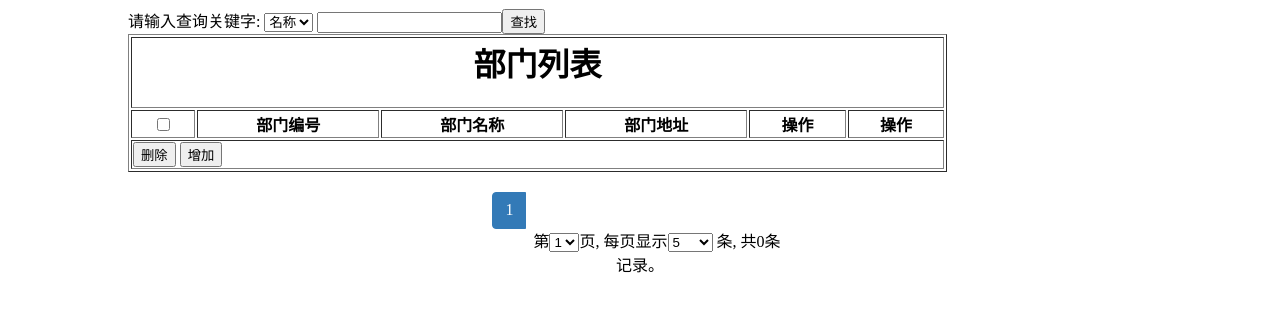
Repository: victorlks/java_with_anything
Page: http://localhost/DepartmentProject/pages/back/admin/department/department_split_list_details.jsp
An editor plug-in stored every save of this project. The page is shown before and after the next save, followed by the edit.
The browser window is 1280 px wide. The pictures show the whole page.
The page is served by Tomcat 9. Other server files are loaded and not shown. Queries for data that is not in the repository find no rows.

Above is the page before, as saved 2020-06-17 09:08:00.
Not found: project/java/DepartmentProject/DepartmentProject/style.css

### project/java/DepartmentProject/WebRoot/pages/back/admin/department/department_split_list_details.jsp
<%@ page language="java" import="java.util.*" pageEncoding="UTF-8"%>
<%@ page import="org.lks.factory.*" %>
<%@ page import="org.lks.vo.*" %>
<%
	request.setCharacterEncoding("UTF-8");
%>
<%
String path = request.getContextPath();
String basePath = request.getScheme()+"://"+request.getServerName()+":"+request.getServerPort()+path+"/";
String updateUrl = basePath + "pages/back/admin/department/" + "department_update.jsp";
String deleteUrl = basePath + "pages/back/admin/department/" + "department_delete_do.jsp";
String insertUrl = basePath + "pages/back/admin/department/" + "department_insert.jsp";
String showDepartmentUrl = basePath + "pages/back/admin/department/" + "department_show.jsp";
String addEmployeeUrl = basePath + "pages/back/admin/employee/" + "employee_insert.jsp";
String searchColumns = "编号:did|名称:dname|地点:dlocation";
String location = basePath + "pages/back/admin/department/" + "department_split_list.jsp";
%>

<%
	int currentPage = 1;
	int lineSize = 5;
	String column = "dname";
	String keyWord = "";
%>
<%//接收客户端数据
    try{
        currentPage = Integer.parseInt(request.getParameter("currentPage"));
    }catch(Exception e){}
    try{
        lineSize = Integer.parseInt(request.getParameter("lineSize"));
    }catch(Exception e){}
    if(request.getParameter("keyWord") != null){
        keyWord = request.getParameter("keyWord");
    }
    if(request.getParameter("column") != null){
        column = request.getParameter("column");
    }
%>
<%//接受完数据后的数据判断
    if(currentPage < 1){
        currentPage = 1;
    }
    if(lineSize < 1){
        lineSize = 1;
    }
    if(lineSize > 100){
        lineSize = 100;
    }
%>
<%
	List<Department> all = (List<Department>)ServiceFactory.getIDepartmentServiceInstance().list(currentPage, lineSize, column, keyWord).get("all");
	Long allRecorders = (Long)ServiceFactory.getIDepartmentServiceInstance().list(currentPage, lineSize, column, keyWord).get("allRecorders");
 %>

<html>
  <head>
    <base href="<%=basePath%>">

    <title>部门管理</title>
    <link type="text/css" rel="stylesheet" href="css/table.css">
    <link type="text/css" rel="stylesheet" href="css/main.css">
    <link type="text/css" rel="stylesheet" href="css/pageBar.css">
    <script type="text/javascript" src="js/main.js"></script>
  </head>

  <body>
  	<div id="searchBar">
  		<jsp:include page="/pages/split_page_plugin_search.jsp">
  			<jsp:param name="searchColumns" value="<%=searchColumns%>"/>
	        <jsp:param name="column" value="<%=column%>"/>
	        <jsp:param name="keyWord" value="<%=keyWord%>"/>
	        <jsp:param name="location" value="<%=location%>"/>
  		</jsp:include>
  	</div>
    <div id="showData">
    	<table border="1" style="width:80%;">
	    	<tr>
	    		<td colspan="6" style="text-align:center"><h1>部门列表</h1></td>
	    	</tr>
	    	<tr>
	    		<th><input type="checkbox" name="selectAll" id="selectAll" onclick="selectAll(this)"/></th>
	    		<th>部门编号</th>
	    		<th>部门名称</th>
	    		<th>部门地址</th>
	    		<th>操作</th>
	    		<th>操作</th>
	    	</tr>
<%
		for(int i = 0; i < all.size(); i++){
%>
			<tr style="text-align:center">
				<td><input type="checkbox" name="select" id="select" value="<%=all.get(i).getDid()%>"/></td>
				<td><%=all.get(i).getDid()%></td>
				<td><%=all.get(i).getDname()%></td>
				<td><%=all.get(i).getDlocation()%></td>
				<td><a style="text-decoration:none;color:green;cursor:pointer" onclick="detailsInfo('<%=showDepartmentUrl%>?&did=<%=all.get(i).getDid()%>')">查看</a></td>
				<td><a style="text-decoration:none;color:green;cursor:pointer" href="<%=updateUrl %>?did=<%=all.get(i).getDid()%>">修改</a></td>
				<td><a style="text-decoration:none;color:green;cursor:pointer" href="<%=addEmployeeUrl %>?departmentid=<%=all.get(i).getDid()%>">增加雇员</a></td>
			</tr>
<%
		}
%>
		<tr>
			<td colspan="6">
				<button type="button" onclick="deleteById('<%=deleteUrl%>')">删除</button>
				<button type="button" onclick="window.location='<%=insertUrl%>'">增加</button>
			</td>
		</tr>
	    </table>
    </div>
    <div id="pageBar" style="text-align: center;">
  		<jsp:include page="/pages/split_page_plugin_bar_exp.jsp">
  			<jsp:param name="currentPage" value="<%=currentPage%>"/>
	        <jsp:param name="lineSize" value="<%=lineSize%>"/>
	        <jsp:param name="allRecorders" value="<%=allRecorders%>"/>
	        <jsp:param name="location" value="<%=location%>"/>
  		</jsp:include>
  	</div>
  </body>
</html>

### project/java/DepartmentProject/WebRoot/pages/split_page_plugin_search.jsp
<%@ page pageEncoding="UTF-8" %>

<%
    request.setCharacterEncoding("UTF-8");
%>

<%
    String searchColumns = null;
    String column = "uname";
    String keyWord = "";
    String location = "";
%>

<%
    if(request.getParameter("searchColumns") != null){
        searchColumns = request.getParameter("searchColumns");
    }
    if(request.getParameter("column") != null){
        column = request.getParameter("column");
    }
    if(request.getParameter("keyWord") != null){
        keyWord = request.getParameter("keyWord");
    }
    if(request.getParameter("location") != null){
        location = request.getParameter("location");
    }
%>
请输入查询关键字:
<%
if(searchColumns != null){
%>
    <select id="searchColumnSelect">
<%
        String[] searchColumnsArray = searchColumns.split("\\|");
        for(int i = 0; i < searchColumnsArray.length; i++){
            String searchColumn[] = searchColumnsArray[i].split(":");
%>
            <option value="<%=searchColumn[1]%>" <%=(column.equals(searchColumn[1]) ? "selected" : "")%>><%=searchColumn[0]%></option>
<%
        }
%>
    </select>
<%
}
%>
<input type="text" name="keyWord" id="keyWord" value="<%=keyWord%>"/><button type="button" id="searchBtn" name="searchBtn" onclick="splitPage(1)">查找</button>

### project/java/DepartmentProject/WebRoot/pages/split_page_plugin_bar_exp.jsp
<%@ page pageEncoding="UTF-8" %>

<%
    request.setCharacterEncoding("UTF-8");
%>

<%
    int currentPage = 1;
    int lineSize = 10;
    Long allRecorders = 0L;
    int pageSize = 1;
    String location = "";
    int[] lineSizeData = new int[]{1, 5, 10, 15, 20, 30, 50, 100};
    int sideNumber = 3;
%>
<%//接收数据
    try{
        currentPage = Integer.parseInt(request.getParameter("currentPage"));
    }catch(Exception e){}
    try{
        lineSize = Integer.parseInt(request.getParameter("lineSize"));
    }catch(Exception e){}
    try{
        allRecorders = Long.parseLong(request.getParameter("allRecorders"));
    }catch(Exception e){}
    location = request.getParameter("location");
%>
<%//计算总页数
    pageSize = (allRecorders.intValue() + lineSize - 1) / lineSize;
    if(pageSize < 1){
        pageSize = 1;
    }
%>
<link type="text/css" rel="stylesheet" href="style.css">
<script type="text/javascript">
    function splitPage(page){
        var size = document.getElementById("selectLineSize").value;
        try{
            var keyWord = document.getElementById("keyWord").value;
            var searchColumn = document.getElementById("searchColumnSelect").value;
            window.location = "<%=location%>" + "?currentPage=" + page + "&lineSize=" + size + "&keyWord=" + keyWord + "&column=" + searchColumn;
        }catch(Exception){
            window.location = "<%=location%>" + "?currentPage=" + page + "&lineSize=" + size;
        }
    }
</script>

<ul class="pagination">
<%
    if(pageSize > (2 + 2 * sideNumber)){
%>
        <li class="<%=(currentPage == 1 ? "active" : "")%>"><a onclick="splitPage(1)">1</a></li>
<%
        if(currentPage - sideNumber <= 2){
            for(int i = 2; i <= (2 + 2 * sideNumber); i++){
%>
                <li class="<%=(currentPage == i ? "active" : "")%>"><a onclick="splitPage(<%=i%>)"><%=i%></a></li>
<%
            }
%>
            <li class="disabled"><a>...</a></li>
<%
        }else if(currentPage + sideNumber < pageSize - 1){
%>
            <li class="disabled"><a>...</a></li>
<%
            for(int i = currentPage - sideNumber; i <= currentPage + sideNumber; i++){
%>
                <li class="<%=(currentPage == i ? "active" : "")%>"><a onclick="splitPage(<%=i%>)"><%=i%></a></li>
<%
            }
%>
            <li class="disabled"><a>...</a></li>
<%
        }else{
%>
            <li class="disabled"><a>...</a></li>
<%
            for(int i = pageSize - 2 * sideNumber - 1; i <= pageSize - 1; i++){
%>
                <li class="<%=(currentPage == i ? "active" : "")%>"><a onclick="splitPage(<%=i%>)"><%=i%></a></li>
<%
            }
        }
%>
        <li class="<%=(currentPage == pageSize ? "active" : "")%>"><a onclick="splitPage(<%=pageSize%>)"><%=pageSize%></a></li>
<%
    }else{
        for(int i = 1; i <= pageSize; i++){
%>
            <li class="<%=(currentPage == i ? "active" : "")%>"><a onclick="splitPage(<%=i%>)"><%=i%></a></li>
<%
        }
    }
%>
<br><br>
第<select id="selectPage" onchange="splitPage(this.value)">
    <%
        for(int i = 1; i <= pageSize; i++){
    %>
            <option value="<%=i%>" <%=(currentPage == i ? "selected" : "")%>><%=i%></option>
    <%
        }
    %>
    </select>页, 每页显示<select id="selectLineSize" onchange="splitPage(1)">
    <%
        for(int i = 0; i < lineSizeData.length; i++){
    %>
            <option value="<%=lineSizeData[i]%>" <%=(lineSize == lineSizeData[i] ? "selected" : "")%>><%=lineSizeData[i]%></option>
    <%
        }
    %>
    </select>
    条,&nbsp;共<%=allRecorders%>条记录。
</ul>

### project/java/DepartmentProject/src/org/lks/factory/ServiceFactory.java
package org.lks.factory;

import org.lks.service.IDepartmentService;
import org.lks.service.IEmployeeService;
import org.lks.service.impl.DepartmentServiceImpl;
import org.lks.service.impl.EmployeeServiceImpl;

public class ServiceFactory {

	private ServiceFactory(){}

	public static IDepartmentService getIDepartmentServiceInstance(){
		return new DepartmentServiceImpl();
	}

	public static IEmployeeService getIEmployeeServiceInstance(){
		return new EmployeeServiceImpl();
	}
}

### project/java/DepartmentProject/src/org/lks/service/IDepartmentService.java
package org.lks.service;

import java.util.List;
import java.util.Map;
import java.util.Set;

import org.lks.vo.Department;

/**
 * 实现Department表的业务层的执行标准，此类一定要负责数据库的打开与关闭操作<br>
 * 此类可以通过DAOFactory类取得IDepartmentDAO接口对象
 * @author 海燕大笨蛋
 *
 */
public interface IDepartmentService {

	/**
	 * 实现部门数据的增加操作，本次操作要调用IDepartmentDAO接口的如下方法：<br>
	 * <li>需要调用IDepartmentDAO.findById()方法，判断要增加数据的id是否已经存在；
	 * <li>如果现在要增加的数据id不存在则调用IDepartmentDAO.doCreate()方法，返回操作结果。
	 * @param vo 包含了要增加数据的VO对象
	 * @return 如果增加数据的ID重复或保存失败返回false，否则返回true
	 * @throws Exception SQL执行异常
	 */
	public boolean insert(Department vo) throws Exception;
	/**
	 * 实现部门数据的修改操作，本次要调用IDepartmentDAO.doUpdate()方法，本次修改属于全部内容的修改；
	 * @param vo 包含了要修改数据的VO对象
	 * @return 修改成功返回true，否则返回false
	 * @throws Exception SQL执行异常
	 */
	public boolean update(Department vo) throws Exception;
	/**
	 * 执行部门数据的删除操作，可以删除多个部门信息，调用IDepartmentDAO.doRemoveBatch()方法
	 * @param ids 包含了全部要删除数据的集合，没有重复数据
	 * @return 删除成功返回true，否则返回false
	 * @throws Exception SQL执行异常
	 */
	public boolean delete(Set<Long> ids) throws Exception;
	/**
	 * 根据部门id查找部门的完整信息，调用IDepartmentDAO.findById()方法
	 * @param id 要查找的部门ID
	 * @return 如果找到了部门信息以VO对象返回，否则返回null
	 * @throws Exception SQL执行异常
	 */
	public Department updatePre(long id) throws Exception;
	/**
	 * 查询全部部门信息，调用IDepartmentDAO.findAll()方法
	 * @return 查询结果以List集合的形式返回，如果没有数据则集合的长度为0
	 * @throws Exception SQL执行异常
	 */
	public List<Department> list() throws Exception;

	/**
	 * 分页显示部门数据，调用IDepartmentDAO.findAllSplit()方法和IDepartmentDAO.getAllCount()方法
	 * @param currentPage 当前页码
	 * @param lineSize 每页显示数据数量
	 * @param column 查询列
	 * @param keyWord 查询列的关键字
	 * @return Map对象，其中key为“all”的值为该页部门数据信息，key为“allRecorders”的值为所有部门数据的数量
	 * @throws Exception SQL执行异常
	 */
	public Map<String, Object> list(int currentPage, int lineSize, String column, String keyWord) throws Exception;

	/**
	 * 列出所有部门的详细信息，调用的是IDepartmentDAO.findAllStatus()操作
	 * @return 所有的部门详细信息以及统计信息将以List集合返回
	 * @throws Exception
	 */
	public List<Department> listDetails() throws Exception;

	/**
	 * 查看一个部门的完整信息，调用的是IDepartmentDAO.findByIdDetails()方法
	 * @param id 部门编号
	 * @return 如果有部门信息则以VO对象的形式返回，否则返回null
	 * @throws Exception
	 */
	public Department show(long id, int currentPage, int lineSize, String column, String keyWord) throws Exception;
}

### project/java/DepartmentProject/src/org/lks/service/IEmployeeService.java
package org.lks.service;

import java.util.List;
import java.util.Map;
import java.util.Set;

import org.lks.vo.Employee;

/**
 * 实现Employee表的业务层的执行标准，此类一定要负责数据库的打开与关闭操作<br>
 * 此类可以通过DAOFactory类取得IEmployeeDAO接口对象
 * @author 海燕大笨蛋
 *
 */
public interface IEmployeeService {

	/**
	 * 实现雇员数据的增加操作，本次操作要调用IEmployeeDAO接口的如下方法：<br>
	 * <li>需要调用IEmployeeDAO.findById()方法，判断要增加数据的id是否已经存在；
	 * <li>如果现在要增加的数据id不存在则调用IEmployeeDAO.doCreate()方法，返回操作结果。
	 * @param vo 包含了要增加数据的VO对象
	 * @return 如果增加数据的ID重复或保存失败返回false，否则返回true
	 * @throws Exception SQL执行异常
	 */
	public boolean insert(Employee vo) throws Exception;
	/**
	 * 实现雇员数据的修改操作，本次要调用IEmployeeDAO.doUpdate()方法，本次修改属于全部内容的修改；
	 * @param vo 包含了要修改数据的VO对象
	 * @return 修改成功返回true，否则返回false
	 * @throws Exception SQL执行异常
	 */
	public boolean update(Employee vo) throws Exception;
	/**
	 * 执行雇员数据的删除操作，可以删除多个雇员信息，调用IEmployeeDAO.doRemoveBatch()方法
	 * @param ids 包含了全部要删除数据的集合，没有重复数据
	 * @return 删除成功返回true，否则返回false
	 * @throws Exception SQL执行异常
	 */
	public boolean delete(Set<Long> ids) throws Exception;
//	/**
//	 * 根据雇员id查找雇员的完整信息，调用IEmployeeDAO.findById()方法
//	 * @param id 要查找的雇员ID
//	 * @return 如果找到了雇员信息以VO对象返回，否则返回null
//	 * @throws Exception SQL执行异常
//	 */
//	public Employee updatePre(long id) throws Exception;
	/**
	 * 查询全部雇员信息，调用IEmployeeDAO.findAll()方法
	 * @return 查询结果以List集合的形式返回，如果没有数据则集合的长度为0
	 * @throws Exception SQL执行异常
	 */
	public List<Employee> list() throws Exception;

	/**
	 * 分页显示雇员数据，调用IEmployeeDAO.findAllSplit()方法和IEmployeeDAO.getAllCount()方法
	 * @param currentPage 当前页码
	 * @param lineSize 每页显示数据数量
	 * @param column 查询列
	 * @param keyWord 查询列的关键字
	 * @return Map对象，其中key为“all”的值为该页雇员数据信息，key为“allRecorders”的值为所有雇员数据的数量
	 * @throws Exception SQL执行异常
	 */
	public Map<String, Object> list(int currentPage, int lineSize, String column, String keyWord) throws Exception;

	/**
	 * 根据编号查看雇员信息
	 * @param id 雇员的编号
	 * @return 如果查询到数据以VO对象形式返回，否则返回null
	 * @throws Exception SQL执行异常
	 */
	public Employee show(long id) throws Exception;

	/**
	 * 表示在进行雇员增加前的准备操作，因为要增加雇员前需要查询出所有的雇员和所有的部门数据
	 * @return 返回两组信息，一个是全部的雇员信息，另外一个是全部的部门信息：<br>
	 * <li>key = allEmployees, value = IEmployeeDAO.findAll()查询出所有的雇员
	 * <li>key = allDepartments, value = IDepartmentDAO.findAll()查询出所有的部门
	 * @throws Exception SQL执行异常
	 */
	public Map<String,Object> insertPre() throws Exception;

	/**
	 * 表示 在进行雇员修改前的准备操作，因为要增加雇员前需要查询出所有的雇员和所有的部门数据
	 * @param id 雇员的编号
	 * @return 返回三种信息<br>
	 * <li>key = allEmployees, value = IEmployeeDAO.findAll()查询出所有的雇员
	 * <li>key = employee, value = IEmployeeDAO.findByIDDetails()查询雇员完整信息
	 * <li>key = allDepartments, value = IDepartmentDAO.findAll()查询出所有的部门
	 * @throws Exception SQL执行异常
	 */
	public Map<String,Object> updatePre(long id) throws Exception;

	/**
	 * 使用详细列表的方式列出雇员的完整信息，要执行如下操作：<br>
	 * <li>调用IEmployee.findAllSplitDetails()方法详细列出雇员信息；
	 * <li>调用IEmployee.getAllCount()方法列出详细的雇员人数，主要用于分页操作
	 * @param currentPage
	 * @param lineSize
	 * @param column
	 * @param keyWord
	 * @return 所有的内容以Map集合返回，返回的内容如下：<br>
	 * <li>key = allEmployees, value = IEmployeeDAO.findAllSplitDetails()，分页的详细信息
	 * <li>key = employeeCount, value = IEmployee.getAllCount()，取得全部记录数
	 * @throws Exception
	 */
	public Map<String,Object> listDetails(int currentPage, int lineSize, String column, String keyWord) throws Exception;
}

### project/java/DepartmentProject/src/org/lks/utils/DatabaseConnection.java
package org.lks.utils;

import java.sql.Connection;
import java.sql.DriverManager;
import java.sql.SQLException;

public class DatabaseConnection {

	private static final String DRIVERCLASS = "com.mysql.cj.jdbc.Driver";
	private static final String URL = "jdbc:mysql://127.0.0.1/test?serverTimezone=UTC";
	private static final String USERNAME = "root";
	private static final String PASSWORD = "19990821";

	private Connection conn = null;

	public DatabaseConnection(){
		try {
			Class.forName(DRIVERCLASS);
			this.conn = DriverManager.getConnection(URL, USERNAME, PASSWORD);
		} catch (Exception e) {
			e.printStackTrace();
		}
	}

	public Connection getConnection(){
		return this.conn;
	}

	public void close(){
		try {
			if(this.conn != null){
				this.conn.close();
			}
		} catch (SQLException e) {
			// TODO Auto-generated catch block
			e.printStackTrace();
		}
	}
}

### project/java/DepartmentProject/src/org/lks/factory/DAOFactory.java
package org.lks.factory;

import java.sql.Connection;

import org.lks.dao.IDepartmentDAO;
import org.lks.dao.IEmployeeDAO;
import org.lks.dao.impl.DepartmentDAOImpl;
import org.lks.dao.impl.EmployeeDAOImpl;

public class DAOFactory {

	private DAOFactory(){}

	public static IDepartmentDAO getIDepartmentDAOInstance(Connection conn){
		return new DepartmentDAOImpl(conn);
	}

	public static IEmployeeDAO getIEmployeeDAOInstance(Connection conn){
		return new EmployeeDAOImpl(conn);
	}
}

### project/java/DepartmentProject/src/org/lks/dao/IBaseDAO.java
package org.lks.dao;

import java.util.List;
import java.util.Set;

/**
 * 定义公共的DAO操作接口标准，基本的功能包括：增加、修改全部、删除数据、根据编号查询查询全部、分页查询显示、数据统计
 * @author 海燕大笨蛋
 *
 * @param <K> 表示要操作的主键类型，由子接口实现
 * @param <V> 表示要操作的VO类型，由子接口实现
 */
public interface IBaseDAO<K,V> {
	/**
	 * 实现数据的增加操作
	 * @param vo 包含了要增加的数据的VO对象
	 * @return 数据保存成功返回true，否则返回false
	 * @throws Exception SQL执行异常
	 */
	public boolean doCreate(V vo) throws Exception;

	/**
	 * 实现数据的修改操作，本次修改是根据id进行全部字段数据的修改
	 * @param vo 包含了要修改数据的信息，一定要提供有ID内容
	 * @return 数据修改成功返回true，否则返回false
	 * @throws Exception SQL执行异常
	 */
	public boolean doUpdate(V vo) throws Exception;
	/**
	 * 执行数据的批量删除操作，所有要删除的数据以Set集合的形式保存
	 * @param ids 包含了所有要删除的数据ID，不能包含有重复内容
	 * @return 删除成功返回true（删除的数据个数与要删除的数据个数相同），否则返回false
	 * @throws Exception SQL执行异常
	 */
	public boolean doRemoveBatch(Set<K> ids) throws Exception;
	/**
	 * 根据用户id查询指定信息
	 * @param id 要查询的用户的id
	 * @return 如果信息存在，则将数据以VO类对象的形式返回，如果用户数据不存在，则返回null
	 * @throws Exception
	 */
	public V findById(K id) throws Exception;
	/**
	 * 查询指定数据表的全部记录，并且以集合的形式返回
	 * @return 如果表中有数据，则所有的数据会封装为VO对象而后利用List集合返回，<br>
	 * 如果没有数据，那么集合的长度为0（size() == 0，不是null）
	 * @throws Exception SQL执行异常
	 */
	public List<V> findAll() throws Exception;
	/**
	 * 分页进行数据的模糊查询，查询结果以集合的形式返回
	 * @param currentPage 当前所在的页
	 * @param lineSize 每页显示数据行数
	 * @param column 要进行模糊查询的数据列
	 * @param keyWord 模糊查询的关键字
	 * @return 如果表中有数据，则所有的数据会封装为VO对象而后利用List集合返回，<br>
	 * 如果没有数据，那么集合的长度为0（size() == 0，不是null）
	 * @throws Exception SQL执行异常
	 */
	public List<V> findAllSplit(Integer currentPage, Integer lineSize, String column, String keyWord) throws Exception;
	/**
	 * 进行模糊查询数据量的统计，如果表中没有记录统计的结果就是0
	 * @param column 要进行模糊查询的数据列
	 * @param keyWord 模糊查询的关键字
	 * @return 返回表中的数据量，如果没有数据返回0
	 * @throws Exception SQL执行异常
	 */
	public Long getAllCount(String column, String keyWord) throws Exception;
}

### project/java/DepartmentProject/src/org/lks/dao/IDepartmentDAO.java
package org.lks.dao;

import java.util.List;

import org.lks.vo.Department;

public interface IDepartmentDAO extends IBaseDAO<Long, Department> {

	/**
	 * 实现全部部门完整信息的查询操作，包含的信息内容有：<br>
	 * <li>包含有部门的基础信息：did、dname、dlocation；
	 * <li>包含部门的统计信息：人数、平均工资、最高工资、最低工资、总工资
	 * @return 以List集合的方式返回，如果没有数据则集合长度为0（size() == 0）
	 * @throws Exception
	 */
	public List<Department> findAllStatus() throws Exception;

	/**
	 * 查询单个部门的完整信息，包含的信息内容有：<br>
	 * <li>包含有部门的基础信息：did、dname、dlocation；
	 * <li>包含部门的统计信息：人数、平均工资、最高工资、最低工资、总工资
	 * @param id 部门编号
	 * @return 如果查询出此部门的信息，则以对象的形式返回，否则返回null；
	 * @throws Exception
	 */
	public Department findByIdDetails(Long id) throws Exception;
}

### project/java/DepartmentProject/src/org/lks/dao/IEmployeeDAO.java
package org.lks.dao;

import java.util.List;
import java.util.Set;

import org.lks.vo.Employee;

public interface IEmployeeDAO extends IBaseDAO<Long, Employee> {

	/**
	 * 根据部门的编号删除本部门的所有雇员信息。
	 * @param ids 部门编号
	 * @throws Exception SQL执行异常
	 */
	public void doRemoveBatchByDepartmentId(Set<Long> ids) throws Exception;

	/**
	 * 表示要查询一个雇员的完整信息，包括领导信息以及所在部门信息
	 * @param id 要查询的雇员编号
	 * @return 如果查询到内容则以VO对象返回，否则返回null
	 * @throws Exception SQL执行异常
	 */
	public Employee findByIdDetails(Long id) throws Exception;

	/**
	 * 查询详细的雇员信息，包含有雇员的完整信息、领导信息、部门信息
	 * @param currentPage 当前所在的页
	 * @param lineSize 每页显示数据行数
	 * @param column 要进行模糊查询的数据列
	 * @param keyWord 模糊查询的关键字
	 * @return 以List集合的方式返回，如果没有数据返回集合长度为0（size() == 0）
	 * @throws Exception SQL执行异常
	 */
	public List<Employee> findAllSplitDetails(Integer currentPage, Integer lineSize, String column, String keyWord) throws Exception;

	/**
	 * 根据部门编号查询出此部门的全部雇员信息
	 * @param id 部门编号
	 * @param currentPage 当前所在页
	 * @param lineSize 每页显示的数据行数
	 * @param column 模糊查询列
	 * @param keyWord 模糊查询关键字
	 * @return 返回的是一个部门的所有雇员信息，如果此部门没有雇员，则返回数据长度为0
	 * @throws Exception SQL执行异常
	 */
	public List<Employee> findAllByDepartmentId(Long id, Integer currentPage, Integer lineSize, String column, String keyWord) throws Exception;
}

### project/java/DepartmentProject/src/org/lks/dao/util/AbstractBaseDAO.java
package org.lks.dao.util;

import java.sql.Connection;
import java.sql.PreparedStatement;
import java.sql.ResultSet;
import java.util.Iterator;
import java.util.Set;

public abstract class AbstractBaseDAO {

	protected Connection conn;

	public AbstractBaseDAO(Connection conn){
		this.conn = conn;
	}

	public boolean removeHandle(Set<Long> ids, String tableName, String idName) throws Exception {
		StringBuffer sql = new StringBuffer("DELETE FROM "+ tableName +" WHERE " + idName +" IN(");
		Iterator<Long> iter = ids.iterator();
		while(iter.hasNext()){
			sql.append(iter.next()).append(",");
		}
		sql.delete(sql.length() - 1, sql.length()).append(")");
		PreparedStatement pstmt = this.conn.prepareStatement(sql.toString());
		return pstmt.executeUpdate() == ids.size();
	}

	public Long getAllCountHandle(String column, String keyWord, String tableName) throws Exception {
		String sql = "SELECT COUNT(*) FROM " + tableName + " WHERE " + column + " LIKE ?";
		PreparedStatement pstmt = this.conn.prepareStatement(sql);
		pstmt.setString(1, "%" + keyWord + "%");
		ResultSet rs = pstmt.executeQuery();
		if(rs.next()){
			return rs.getLong(1);
		}
		return 0L;
	}
}

### project/java/DepartmentProject/WebRoot/css/table.css
@CHARSET "UTF-8";
table.blueTable {
  border: 1px solid #1C6EA4;
  background-color: #EEEEEE;
  width: 30%;
  margin-left:auto;
  margin-right:auto;
  border-collapse: collapse;
}
table.blueTable td {
  border: 1px solid #AAAAAA;
  padding: 3px 2px;
}
table.blueTable tr td {
  font-size: 13px;
}
table.blueTable tr:nth-child(even) {
  background: #D0E4F5;
}

### project/java/DepartmentProject/WebRoot/css/main.css
@CHARSET "UTF-8";

body{
	width:80%;
	margin-left:auto;
	margin-right:auto;
}

.departmentForm{

}

.employeeForm{

}

.header{
	width: 80%;
	margin-left: auto;
	margin-right: auto;
}

.header ul {
	list-style-type: none;
	padding: 0;
}

.header ul li {
	display: inline-block;
	text-align: center;
}

.header ul li a {
	text-decoration: none;
}

### project/java/DepartmentProject/WebRoot/css/pageBar.css
.pagination{
    display: inline-block;
    padding-left: 0;
    margin: 20px 0;
    border-radius: 4px;
}

.pagination > li {
    display: inline;
}

.pagination > li > a,
.pagination > li > span {
    position: relative;
    float: left;
    padding: 6px 12px;
    margin-left: -1px;
    line-height: 1.42857143;
    color: #337ab7;
    text-decoration: none;
    background-color: #fff;
    border: 1px solid #ddd;
}

.pagination > li:first-child > a,
.pagination > li:first-child > span {
    margin-left: 0;
    border-top-left-radius: 4px;
    border-bottom-left-radius: 4px;
}

.pagination > li:last-child > a,
.pagination > li:last-child > span {
    border-top-right-radius: 4px;
    border-bottom-right-radius: 4px;
}

.pagination > li > a:hover,
.pagination > li > span:hover,
.pagination > li > a:focus,
.pagination > li > span:focus {
    color: #23527c;
    background-color: #eee;
    border-color: #ddd;
}

.pagination > .active > a,
.pagination > .active > span,
.pagination > .active > a:hover,
.pagination > .active > span:hover,
.pagination > .active > a:focus,
.pagination > .active > span:focus {
    z-index: 2;
    color: #fff;
    cursor: default;
    background-color: #337ab7;
    border-color: #337ab7;
}

.pagination > .disabled > a,
.pagination > .disabled > span,
.pagination > .disabled > a:hover,
.pagination > .disabled > span:hover,
.pagination > .disabled > a:focus,
.pagination > .disabled > span:focus {
    color: #777;
    cursor: not-allowed;
    background-color: #fff;
    border-color: #ddd;
}

Loaded but not shown: project/java/DepartmentProject/WebRoot/js/main.js (28 lines, source omitted); project/java/DepartmentProject/src/org/lks/dao/impl/DepartmentDAOImpl.java (158 lines, source omitted); project/java/DepartmentProject/src/org/lks/service/impl/DepartmentServiceImpl.java (117 lines, source omitted)

After the next save:
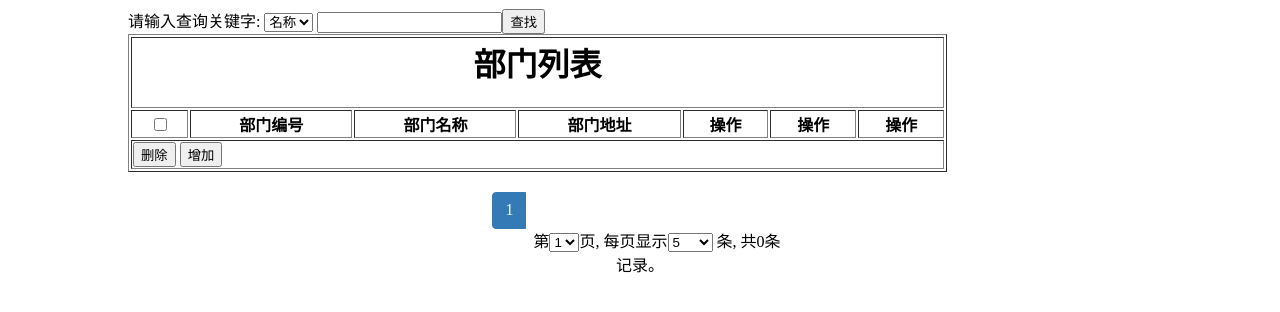
Saved 58 s later.
--- a/project/java/DepartmentProject/WebRoot/pages/back/admin/department/department_split_list_details.jsp
+++ b/project/java/DepartmentProject/WebRoot/pages/back/admin/department/department_split_list_details.jsp
@@ -75,13 +75,14 @@ String location = basePath + "pages/back/admin/department/" + "department_split_
     <div id="showData">
     	<table border="1" style="width:80%;">
 	    	<tr>
-	    		<td colspan="6" style="text-align:center"><h1>部门列表</h1></td>
+	    		<td colspan="7" style="text-align:center"><h1>部门列表</h1></td>
 	    	</tr>
 	    	<tr>
 	    		<th><input type="checkbox" name="selectAll" id="selectAll" onclick="selectAll(this)"/></th>
 	    		<th>部门编号</th>
 	    		<th>部门名称</th>
 	    		<th>部门地址</th>
+	    		<th>操作</th>
 	    		<th>操作</th>
 	    		<th>操作</th>
 	    	</tr>
@@ -101,7 +102,7 @@ String location = basePath + "pages/back/admin/department/" + "department_split_
 		}
 %>
 		<tr>
-			<td colspan="6">
+			<td colspan="7">
 				<button type="button" onclick="deleteById('<%=deleteUrl%>')">删除</button>
 				<button type="button" onclick="window.location='<%=insertUrl%>'">增加</button>
 			</td>
